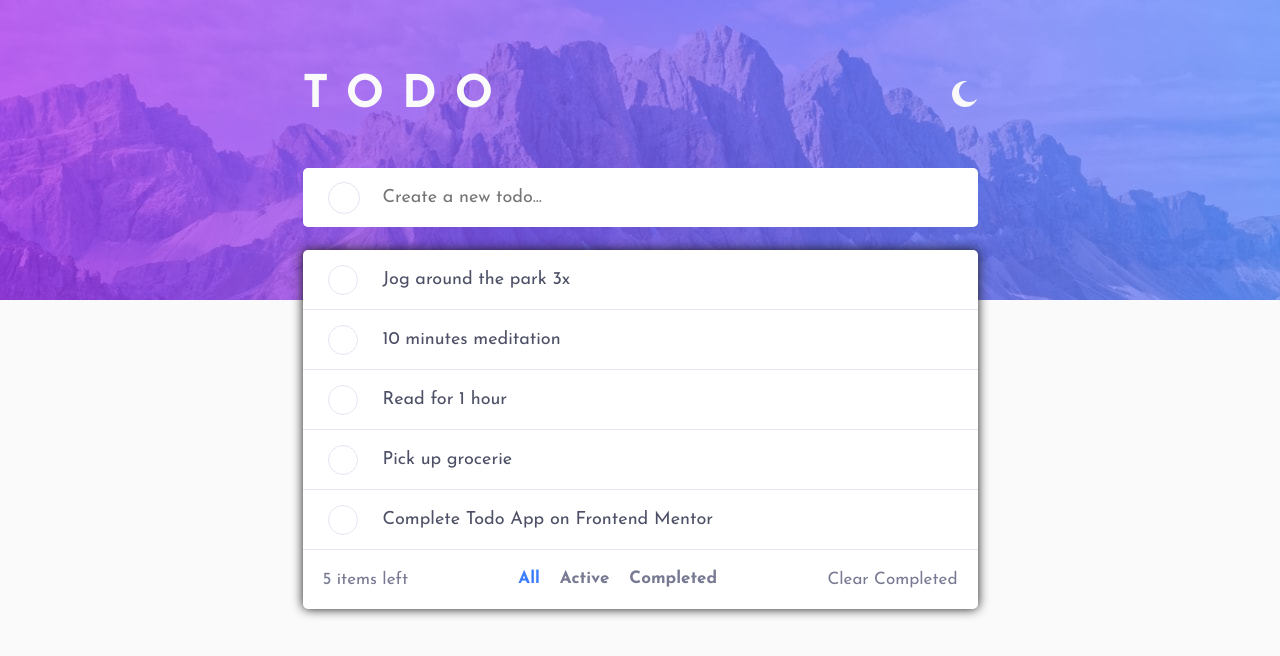
Repository: tomas938/todo-app
Page: /
These files come from the project's save history. The page is drawn as it stood at one moment and after the next save; the edit follows.
The browser window is 1280 px wide. The pictures show the whole page.
The project was rebuilt for these pictures with package versions that can differ from the ones it lists, and the page was loaded fresh each time.

Above is the page before, as saved 2021-08-18 13:53:20.

### src/main.js
import { createApp } from "vue";
import App from "./App.vue";
import router from "./router";

createApp(App)
	.use(router)
	.mount("#app");

### src/App.vue
<template>
	<router-view />
</template>

<style lang="scss">
@import "/src/scss/_variables";
:root {
	.dark {
		--bg-image: url(./assets/bg-desktop-dark.jpg);
		--items-bg-color: hsl(235, 24%, 19%);
		--body-bg: hsl(235, 21%, 11%);
		--todo-text: hsl(236, 33%, 92%);
		--todo-border: hsl(237, 14%, 26%);
	}
	.light {
		--bg-image: url(./assets/bg-desktop-light.jpg);
		--items-bg-color: hsl(0, 0%, 100%);
		--body-bg: hsl(0, 0%, 98%);
		--todo-text: hsl(233, 14%, 35%);
		--todo-border: hsl(236, 33%, 92%);
	}
}
* {
	margin: 0;
	padding: 0;
	box-sizing: border-box;
}
html {
	font-size: 62.5%;
}
body {
	font-size: 1.8rem;
	font-family: $font-primary;
	background-color: var(--body-bg);
}

li {
	list-style: none;
}
</style>

### src/router/index.js
import { createRouter, createWebHashHistory } from "vue-router";
import Home from "../views/Home.vue";

const routes = [
	{
		path: "/",
		name: "Home",
		component: Home,
	},
];

const router = createRouter({
	history: createWebHashHistory(),
	routes,
});

export default router;

### src/scss/_variables.scss
// LINK COLLORS-PRIMARY //

$primary: hsl(220, 98%, 61%);
$primary-bg: linear-gradient(#57ddff, #c058f3);

// LINK LIGHT THEME //

$light-gray: hsl(0, 0%, 98%);
$very-light-grayish-blue: hsl(236, 33%, 92%);
$light-grayish-blue: hsl(233, 11%, 84%);
$dark-grayish-blue: hsl(236, 9%, 61%);
$very-dark-grayish-blue: hsl(235, 19%, 35%);

// LINK DARK THEME //

$very-dark-blue: hsl(235, 21%, 11%);
$dark-desaturated-blue: hsl(235, 24%, 19%);
$light-grayish-blue--dark: hsl(234, 39%, 85%);
$light-grayish-blue--dark-hover: hsl(236, 33%, 92%);
$dark-grayish-blue--dark: hsl(234, 11%, 52%);
$very-dark-grayish-blue--dark: hsl(233, 14%, 35%);
$very-dark-grayish-blue--dark-2: hsl(237, 14%, 26%);

// LINK FONT //

@import url("https://fonts.googleapis.com/css2?family=Josefin+Sans:wght@400;700&display=swap");
$font-primary: "Josefin Sans", sans-serif;
$light: 400;
$bold: 700;

### src/views/Home.vue
<template>
	<Header />
	<Todos />
</template>

<script>
import Header from "../components/Header";
import Todos from "../components/Todos.vue";
export default {
	components: {
		Header,
		Todos,
	},
};
</script>
<style lang="scss"></style>

### src/components/Header.vue
<template>
	<header>
		<nav class="nav container">
			<div class="nav__title">
				<h1>todo</h1>
			</div>
			<svg
				v-if="ligth"
				@click="changeTheme"
				class="nav__theme"
				xmlns="http://www.w3.org/2000/svg"
				width="26"
				height="26"
			>
				<path
					fill="#fafafa"
					fill-rule="evenodd"
					d="M13 0c.81 0 1.603.074 2.373.216C10.593 1.199 7 5.43 7 10.5 7 16.299 11.701 21 17.5 21c2.996 0 5.7-1.255 7.613-3.268C23.22 22.572 18.51 26 13 26 5.82 26 0 20.18 0 13S5.82 0 13 0z"
				/>
			</svg>
			<svg
				v-else
				@click="changeTheme"
				xmlns="http://www.w3.org/2000/svg"
				width="26"
				height="26"
			>
				<path
					fill="#fafafa"
					fill-rule="evenodd"
					d="M13 21a1 1 0 011 1v3a1 1 0 11-2 0v-3a1 1 0 011-1zm-5.657-2.343a1 1 0 010 1.414l-2.121 2.121a1 1 0 01-1.414-1.414l2.12-2.121a1 1 0 011.415 0zm12.728 0l2.121 2.121a1 1 0 01-1.414 1.414l-2.121-2.12a1 1 0 011.414-1.415zM13 8a5 5 0 110 10 5 5 0 010-10zm12 4a1 1 0 110 2h-3a1 1 0 110-2h3zM4 12a1 1 0 110 2H1a1 1 0 110-2h3zm18.192-8.192a1 1 0 010 1.414l-2.12 2.121a1 1 0 01-1.415-1.414l2.121-2.121a1 1 0 011.414 0zm-16.97 0l2.121 2.12A1 1 0 015.93 7.344L3.808 5.222a1 1 0 011.414-1.414zM13 0a1 1 0 011 1v3a1 1 0 11-2 0V1a1 1 0 011-1z"
				/>
			</svg>
		</nav>
		<div class="new-todo">
			<input type="text" placeholder="Create a new todo..." />
		</div>
	</header>
</template>

<script>
export default {
	data() {
		return {
			ligth: true,
			body: document.body,
		};
	},
	methods: {
		changeTheme() {
			this.ligth = !this.ligth;
			if (!this.ligth) {
				this.body.classList.remove("light");
				this.body.classList.add("dark");
			} else {
				this.body.classList.remove("dark");
				this.body.classList.add("light");
			}
		},
	},
	mounted() {
		this.body.classList.add("light");
	},
};
</script>

<style lang="scss" scoped>
@import "/src/scss/_variables";

header {
	height: 30rem;
	display: flex;
	flex-direction: column;
	align-items: center;
	justify-content: center;
	gap: 5rem;
	padding: 3rem;
	background-image: var(--bg-image);
	background-repeat: no-repeat;
	background-size: cover;
}
.nav {
	max-width: 67.5rem;
	width: 100%;
	display: flex;
	justify-content: space-between;
	align-items: baseline;
	&__title h1 {
		font-size: 4.5rem;
		letter-spacing: 1.8rem;
		text-transform: uppercase;
	}

	svg {
		cursor: pointer;
	}
}
.new-todo {
	max-width: 67.5rem;
	width: 100%;
	position: relative;
	&::before {
		content: "";
		position: absolute;
		top: 50%;
		transform: translateY(-50%);
		left: 2.5rem;
		width: 3rem;
		height: 3rem;
		border-radius: 50%;
		border: 1px solid var(--todo-border);
	}
}
input {
	background-color: var(--items-bg-color);
	width: 100%;
	outline: none;
	border: none;
	padding: 2rem;
	padding-left: 8rem;
	border-radius: 0.5rem;
	font-size: 1.8rem;
	font-family: $font-primary;
	font-weight: $light;
}
h1 {
	color: $light-gray;
}
</style>

### src/components/Todos.vue
<template>
	<main>
		<ul class="todos">
			<li v-for="(todo, index) in todos" :key="index" class="todo-item">
				<svg
					class="todo-status "
					xmlns="http://www.w3.org/2000/svg"
					width="11"
					height="9"
				>
					<path
						fill="none"
						stroke="#FFF"
						stroke-width="2"
						d="M1 4.304L3.696 7l6-6"
					/>
				</svg>
				<!-- <div class="todo-status"></div> -->
				<span>{{ todo }}</span>
			</li>
			<div class="filters">
				<div class="items-left">
					<span>{{ todos.length }} items left</span>
				</div>
				<div class="filter">
					<span>All</span>
					<span>Active</span>
					<span>Completed</span>
				</div>
				<div class="clear">
					<span>Clear Completed</span>
				</div>
			</div>
		</ul>
	</main>
</template>

<script>
export default {
	data() {
		return {
			todos: [
				"Jog around the park 3x",
				"10 minutes meditation",
				"Read for 1 hour",
				"Pick up grocerie",
				"Complete Todo App on Frontend Mentor",
			],
		};
	},
};
</script>

<style lang="scss" scoped>
@import "/src/scss/_variables";

main {
	padding: 0 3rem;
	display: flex;
	justify-content: center;
	transform: translateY(-5rem);
}
.todos {
	max-width: 67.5rem;
	width: 100%;
	border-radius: 0.5rem;
	background-color: var(--items-bg-color);
	box-shadow: 0px 0px 11px 0px #1a1919;
}
.todo-item {
	position: relative;
	width: 100%;
	padding: 2rem;
	padding-left: 8rem;
	font-family: $font-primary;
	font-weight: $light;
	color: var(--todo-text);
	border-bottom: 1px solid var(--todo-border);

	// FIXME maybe group styling //
	.todo-status {
		cursor: pointer;
		content: "";
		position: absolute;
		top: 50%;
		transform: translateY(-50%);
		left: 2.5rem;
		width: 3rem;
		height: 3rem;
		border-radius: 50%;
		background-color: linear-gradient(#57ddff, #c058f3);
		border: 1px solid var(--todo-border);
	}
	&::after {
		opacity: 0;
		cursor: pointer;
		content: "";
		position: absolute;
		right: 2.5rem;
		width: 2.6rem;
		height: 2.6rem;
		background-image: url(../assets/icon-cross.svg);
		background-repeat: no-repeat;
	}
	&:hover:after {
		transition: opacity 0.5s ease-in-out;
		opacity: 1;
	}
}
.filters {
	display: flex;
	justify-content: space-between;
	padding: 2rem;
	.filter {
		display: flex;
		gap: 2rem;
		span {
			font-weight: $bold;
			&:first-child {
				color: $primary;
			}
		}
	}
	.items-left {
		span {
			cursor: auto;
		}
	}
	span {
		color: $dark-grayish-blue--dark;
		cursor: pointer;
		font-size: 1.7rem;
	}
}
</style>

Loaded but not shown: public/index.html (common file)

After the next save:
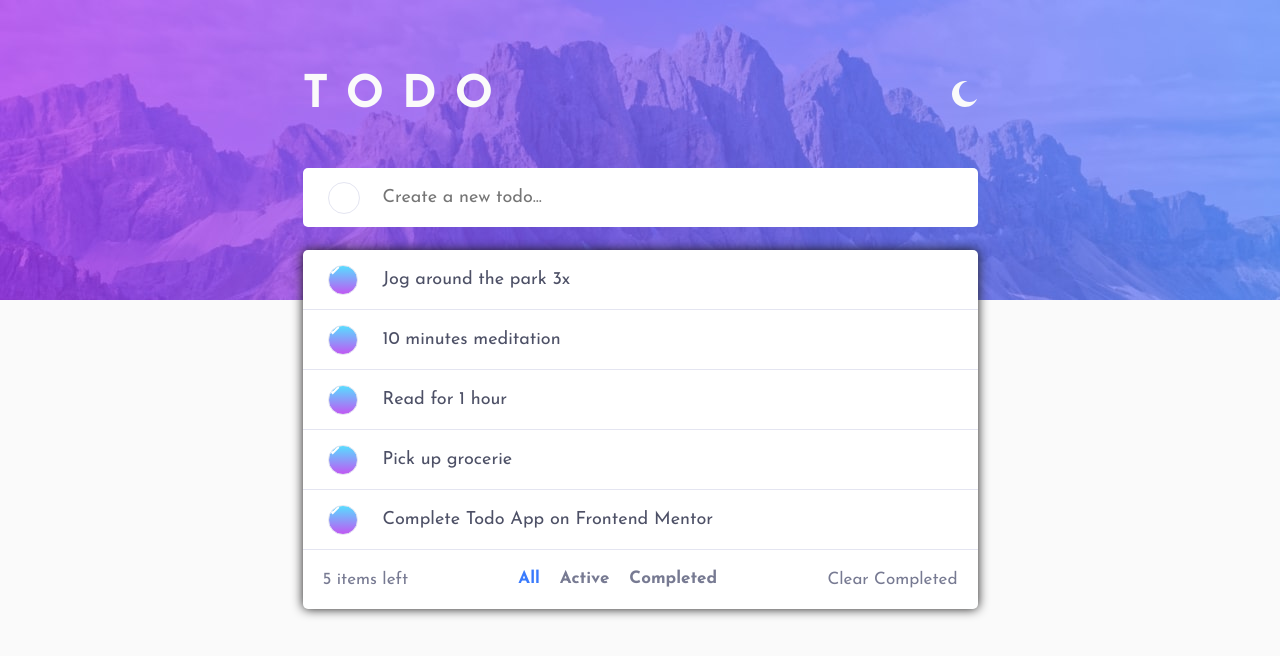
Saved 5 s later.
--- a/src/components/Todos.vue
+++ b/src/components/Todos.vue
@@ -88,7 +88,7 @@ main {
 		width: 3rem;
 		height: 3rem;
 		border-radius: 50%;
-		background-color: linear-gradient(#57ddff, #c058f3);
+		background: linear-gradient(#57ddff, #c058f3);
 		border: 1px solid var(--todo-border);
 	}
 	&::after {
